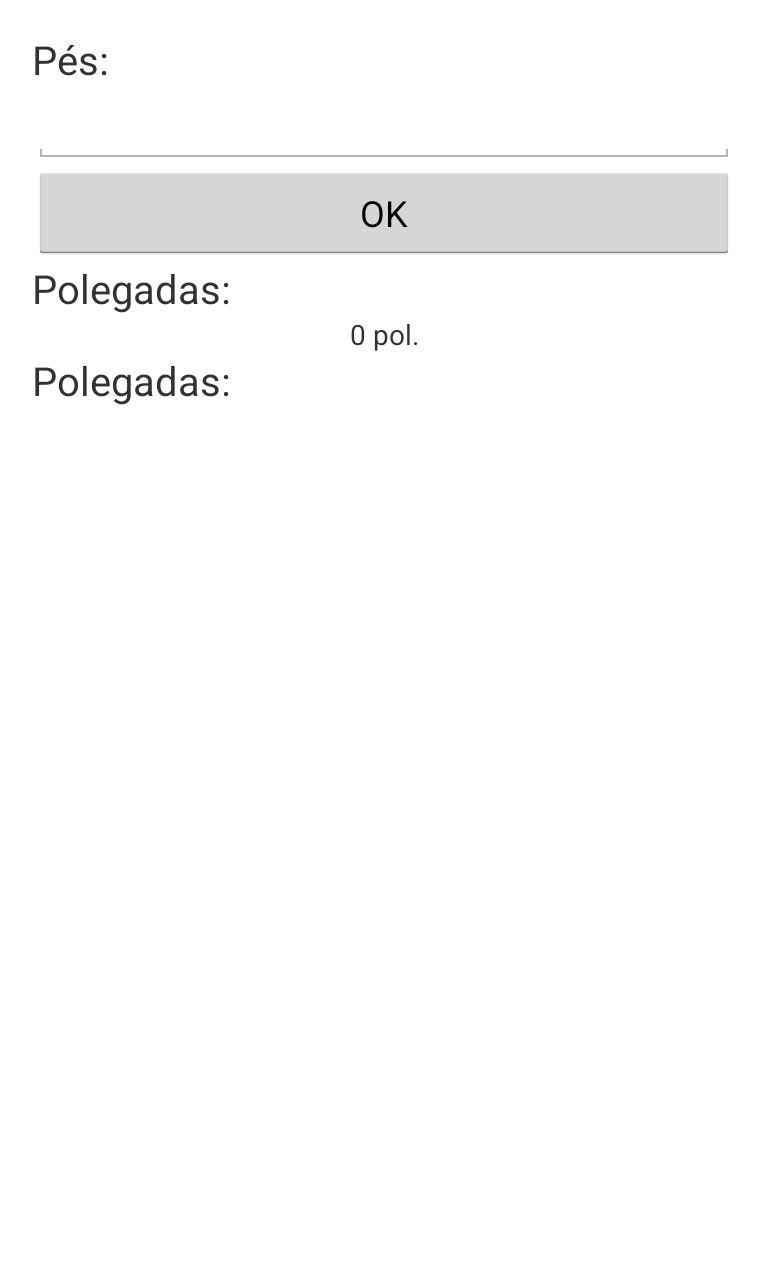
Repository: erickluz/Android
Layout: ConversaoDistancia/res/layout/activity_main.xml
These files come from the project's save history. The layout is drawn as it stood at one moment and after the next save; the edit follows.
It is drawn on a 768 x 1280 px phone screen (xhdpi) without system bars, with theme AppTheme; the app's code is not run.

Above is the layout before, as saved 2016-03-15 00:45:43.

After the next save:
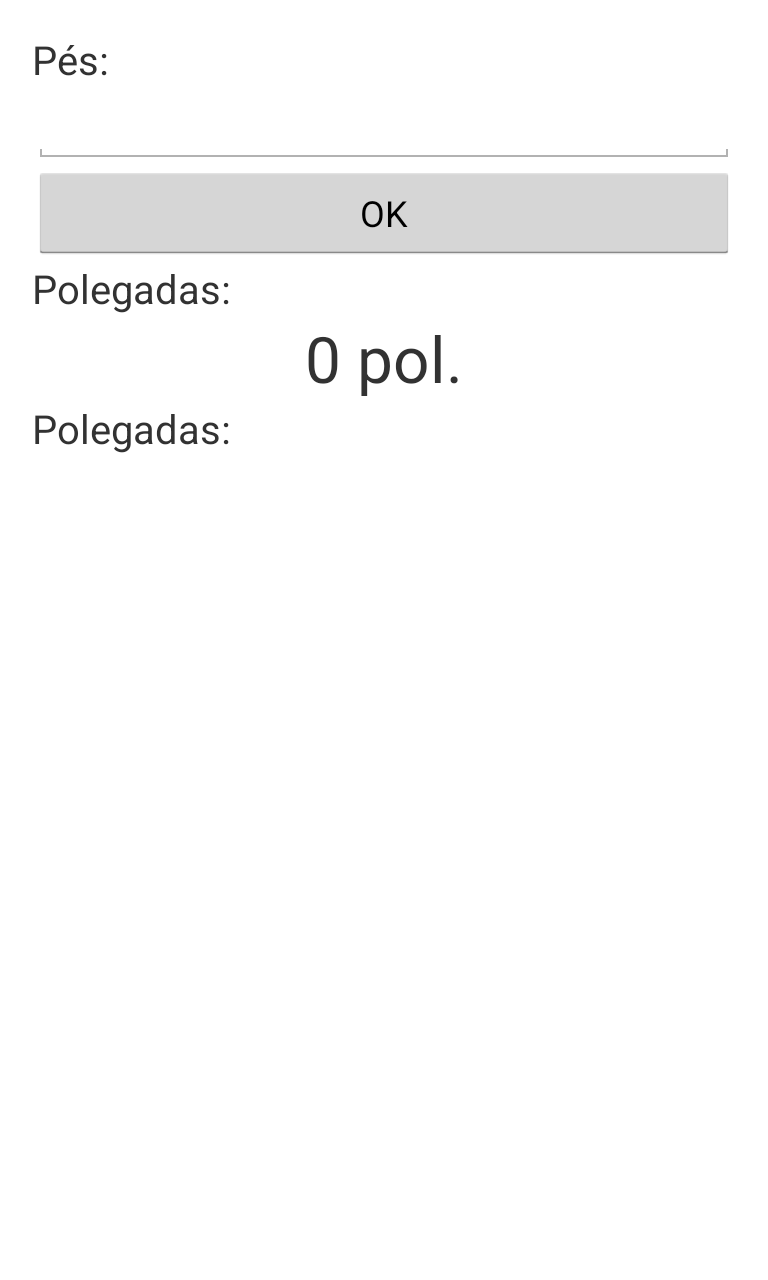
Saved 27 s later.
--- a/ConversaoDistancia/res/layout/activity_main.xml
+++ b/ConversaoDistancia/res/layout/activity_main.xml
@@ -40,6 +40,7 @@
         android:layout_width="fill_parent"
         android:layout_height="wrap_content"
         android:gravity="center"
+        android:textSize="32sp"
         android:text="@string/pol"/>
 
      <TextView
